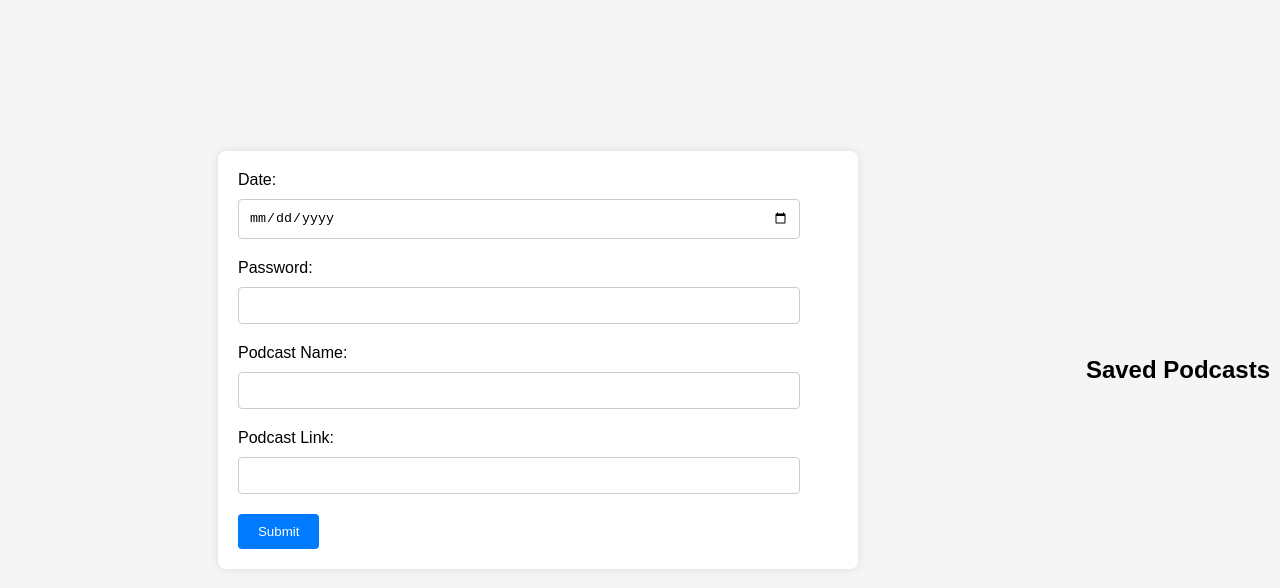
Repository: fechinmitchell/thedailyonepercent
Page: form.html
These files come from the project's save history. The page is drawn as it stood at one moment and after the next save; the edit follows.
The browser window is 1280 px wide. The pictures show the whole page.

Above is the page before, as saved 2023-06-22 19:54:21.

After the next save:
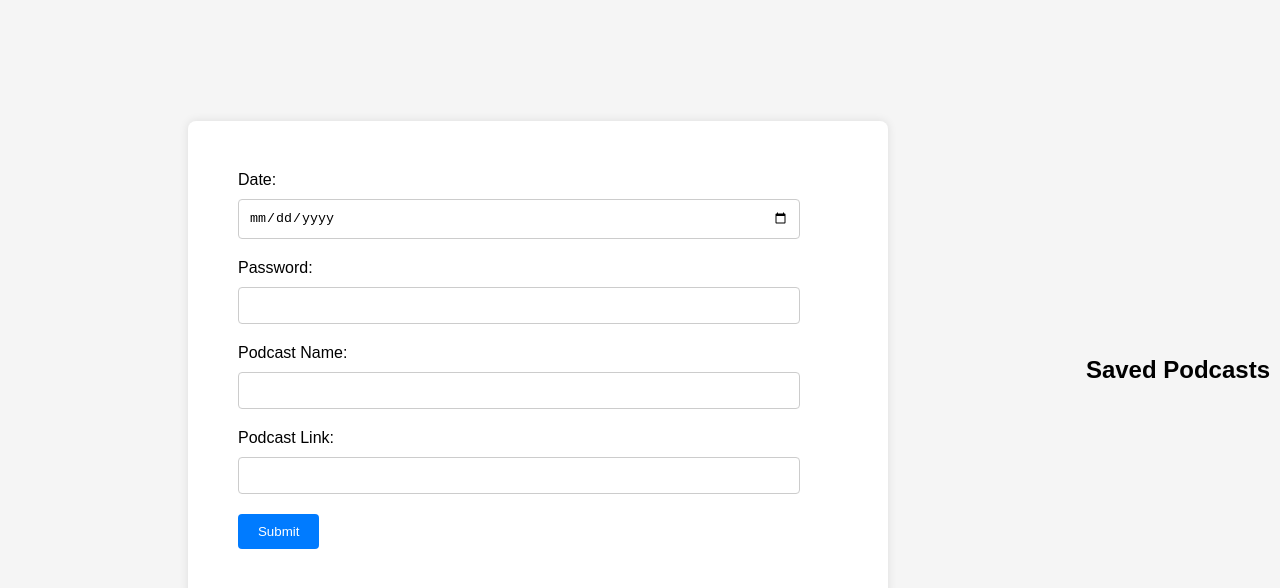
Saved 30 s later.
--- a/popup.css
+++ b/popup.css
@@ -10,7 +10,7 @@
 
 #podcast-form {
   background-color: white;
-  padding: 20px;
+  padding: 50px;
   border-radius: 8px;
   box-shadow: 0px 0px 10px rgba(0,0,0,0.1);
   width: 80%;

After the save that followed:
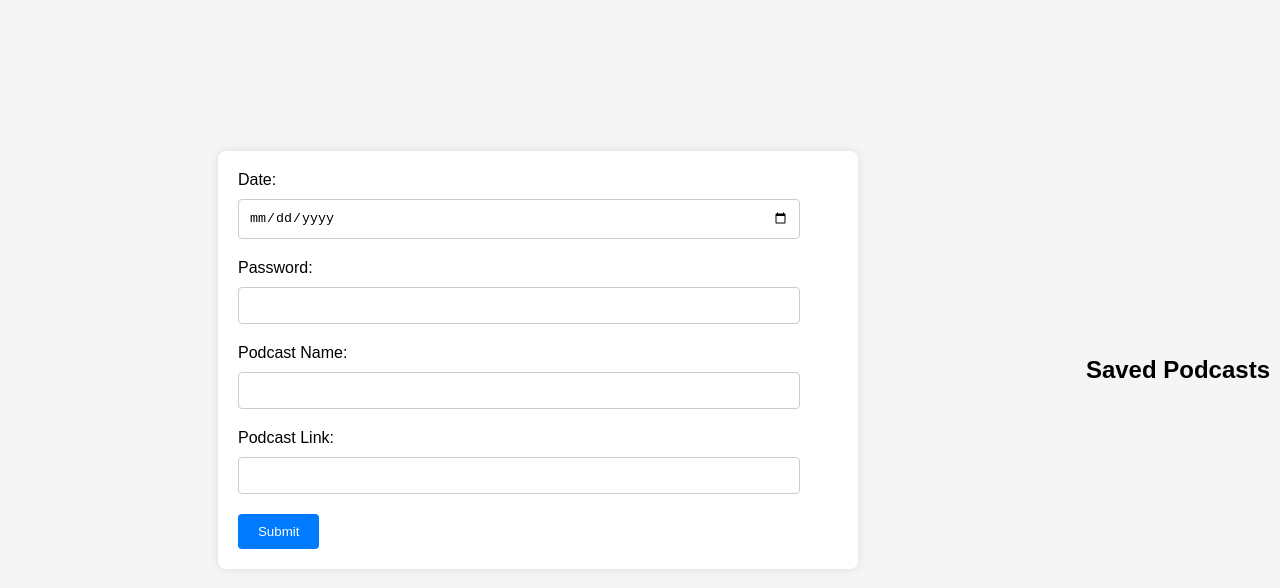
Saved 8 s later.
--- a/popup.css
+++ b/popup.css
@@ -10,7 +10,7 @@
 
 #podcast-form {
   background-color: white;
-  padding: 50px;
+  padding: 20px;
   border-radius: 8px;
   box-shadow: 0px 0px 10px rgba(0,0,0,0.1);
   width: 80%;
